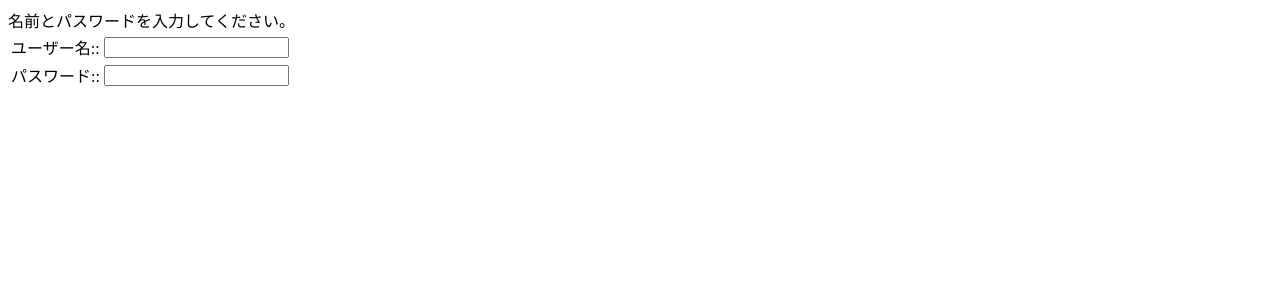
Repository: RyunosukeSaiga0816/test
Page: http://localhost/Webproj3/WelcomeAction.action
The author's editor kept a copy of each file at every save. The page is drawn from the files as they stood at one save, then again after the next save.
The browser window is 1280 px wide. The pictures show the whole page.
The page is served by Tomcat 9. Other server files are loaded and not shown.

Above is the page before, as saved 2018-07-09 05:19:11.

### Webproj3/WebContent/welcome.jsp
<%@ page language="java" contentType="text/html; charset=UTF-8" pageEncoding="UTF-8"%>
<%@ taglib prefix="s" uri="/struts-tags" %>
<!DOCTYPE html>
<html>
	<head>
		<meta charset="utf-8">
		<title>WELCOME</title>
	</head>
	<body>
		名前とパスワードを入力してください。
		<s:form method="post" action="LoginAction">
			<s:textfield name="username" label="ユーザー名:"/>
			<s:password name="password" label="パスワード:"/>
			<s;submit value="送信"/>
		</s:form>
	</body>
</html>

After the next save:
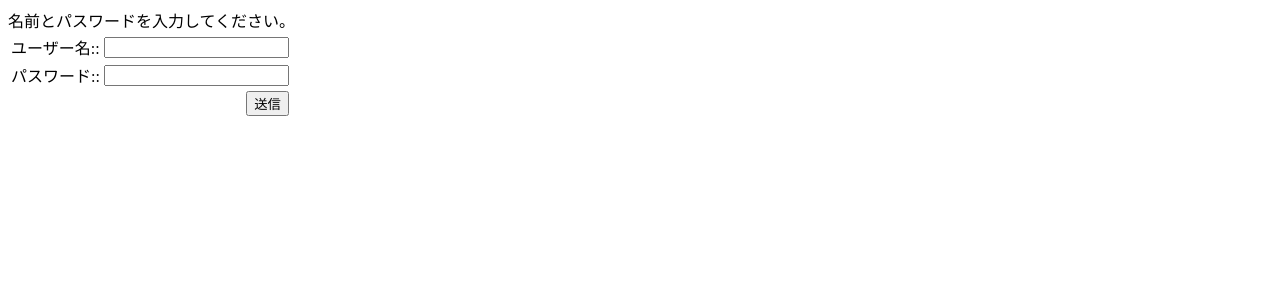
Saved 5 min 8 s later.
--- a/Webproj3/WebContent/welcome.jsp
+++ b/Webproj3/WebContent/welcome.jsp
@@ -11,7 +11,7 @@
 		<s:form method="post" action="LoginAction">
 			<s:textfield name="username" label="ユーザー名:"/>
 			<s:password name="password" label="パスワード:"/>
-			<s;submit value="送信"/>
+			<s:submit value="送信"/>
 		</s:form>
 	</body>
 </html>
